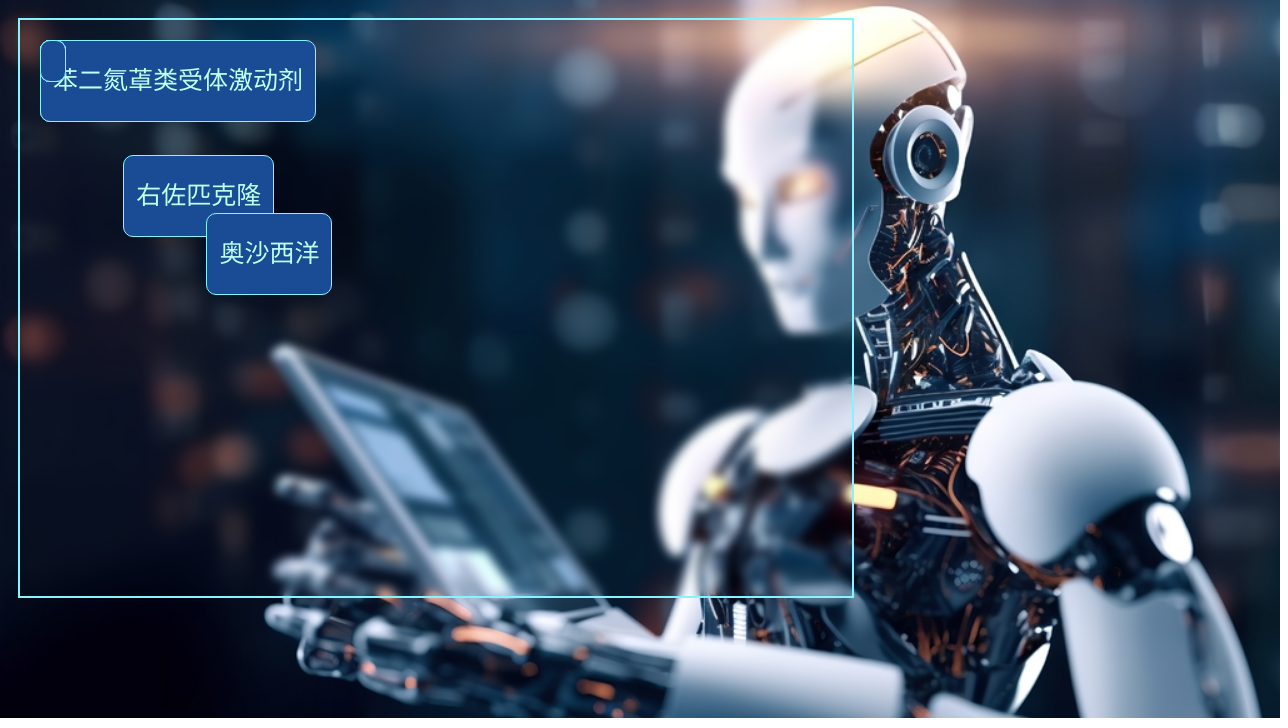
Repository: chjyume/zhongyi
Page: test.html
An editor plug-in stored every save of this project. The page is shown before and after the next save, followed by the edit.
The browser window is 1280 px wide. The page is 1288 px wide, so the pictures cover 1288 px, including what lies to the right of the window. The pictures show the whole page.

Above is the page before, as saved 2023-06-30 09:45:09.

After the next save:
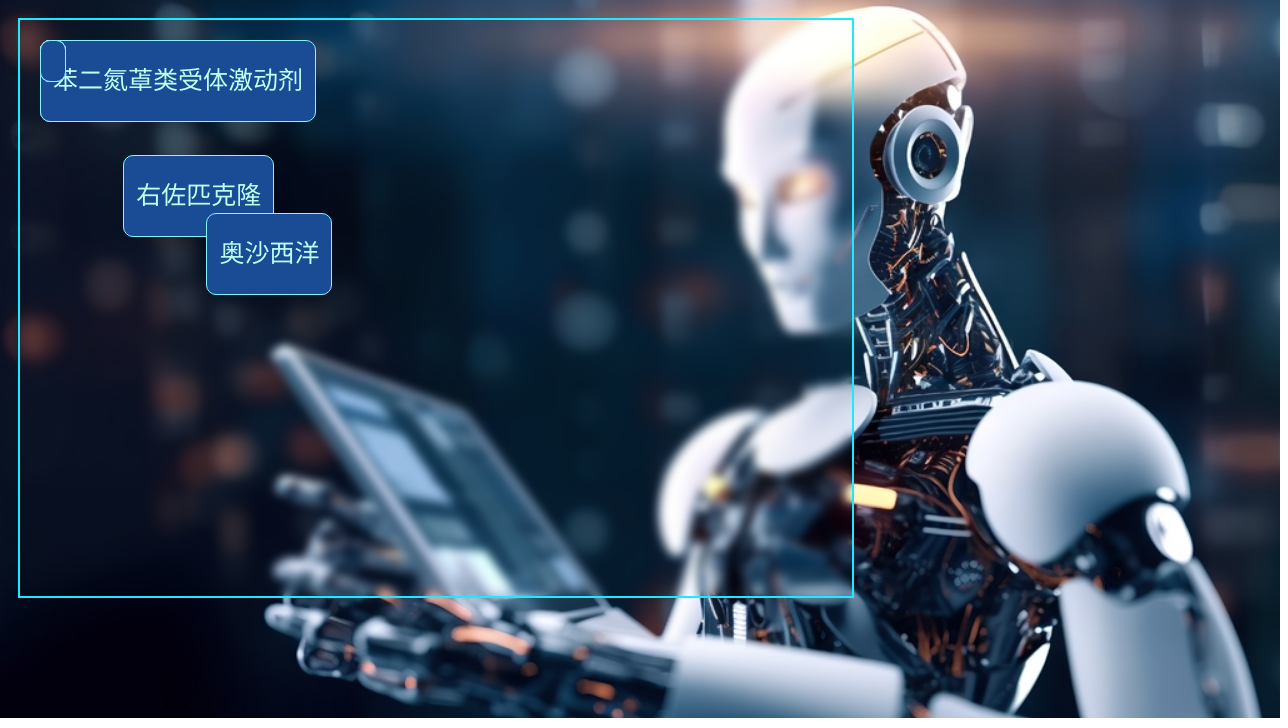
Saved 12 s later.
--- a/test.html
+++ b/test.html
@@ -18,7 +18,7 @@
             width: calc(65%);
             height: calc(80%);
             margin: 10px;
-            border: 2px solid #86f3ff;
+            border: 2px solid #1fe9ff;
             background-color: transparent;
             backdrop-filter: blur(5px);
       }
